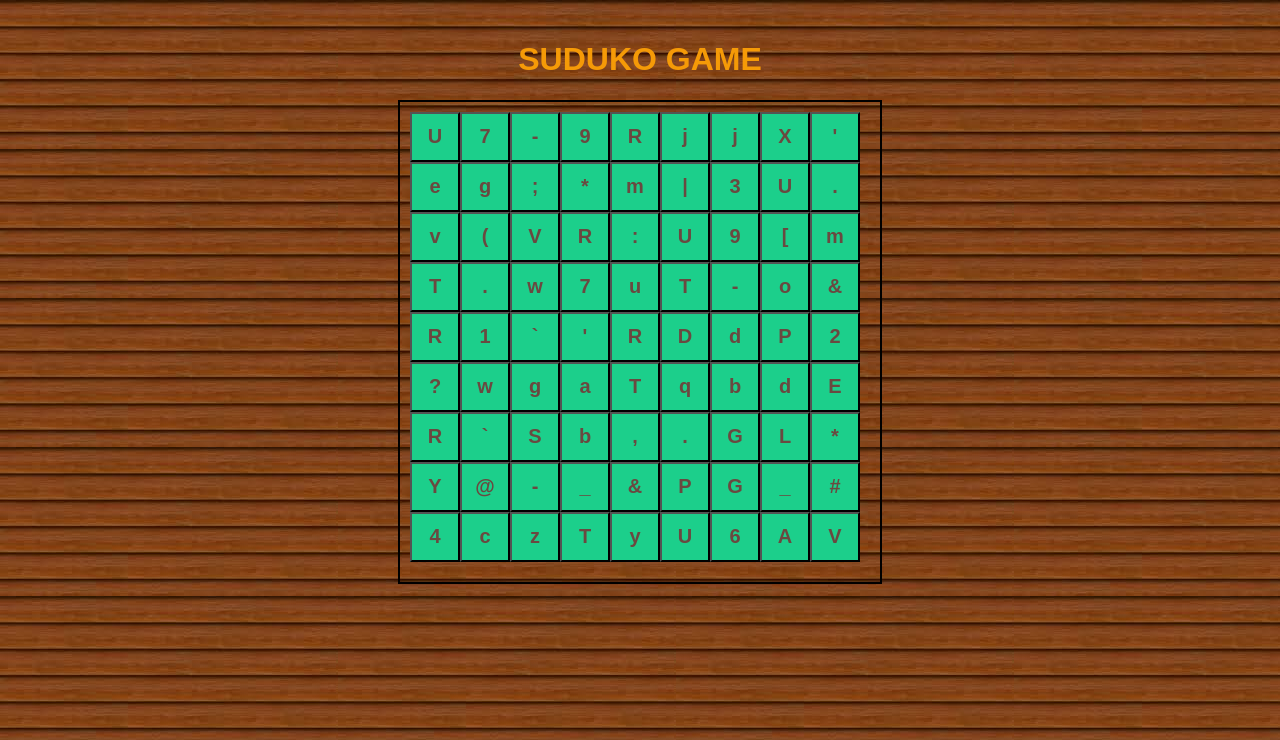
Repository: ahmad8969/Suduko-Game-React-App
Page: /
These files come from the project's save history. The page is drawn as it stood at one moment and after the next save; the edit follows.
The browser window is 1280 px wide. The pictures show the whole page.
Some web fonts or font styles are not loaded; a fallback is used. The project was rebuilt for these pictures with package versions that can differ from the ones it lists, and the page was loaded fresh each time.

Above is the page before, as saved 2021-03-11 14:09:38.

After the next save:
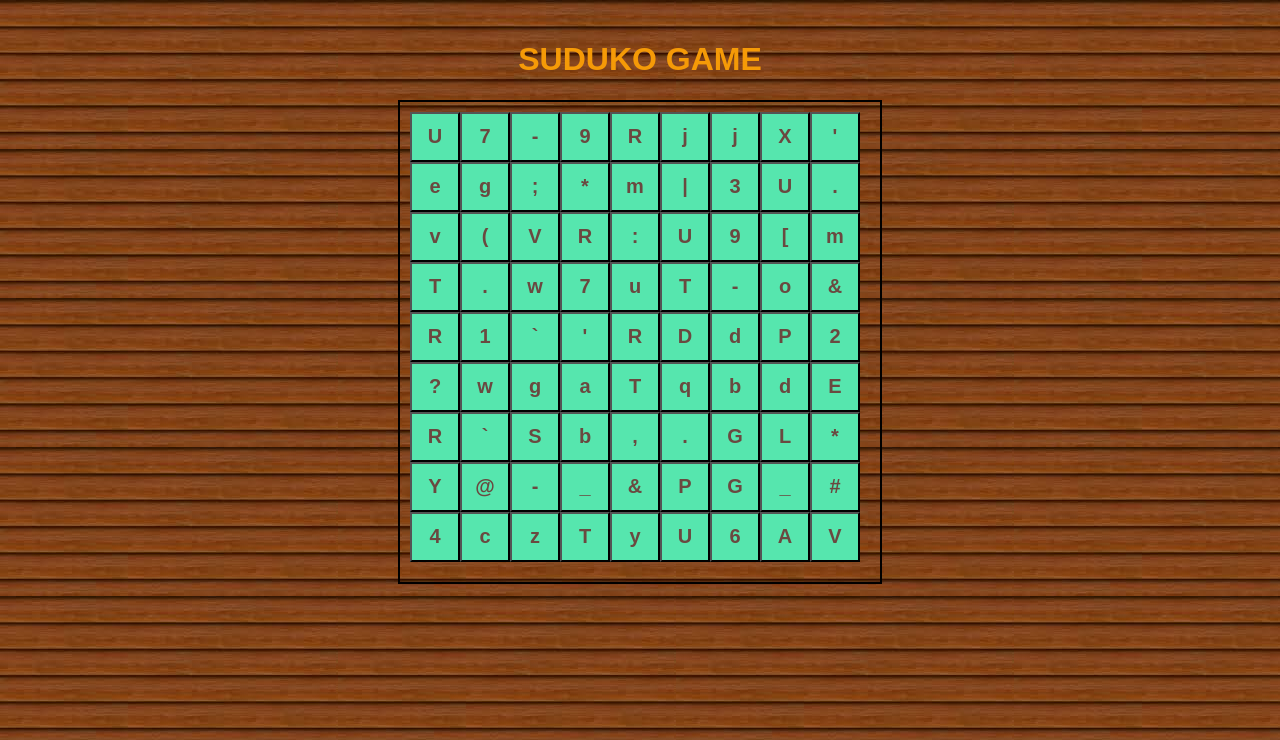
Saved 70 min 7 s later.
--- a/src/components/block.css
+++ b/src/components/block.css
@@ -8,7 +8,7 @@
   font-weight: 600;
   /* color:rgb(109,84,62); */
   color: #6a4940;
-  background-color: rgb(28, 207, 139);
+  background-color: rgb(86, 230, 174);
 }
 .nine_block_Style {
   /* height: 150px !important;
